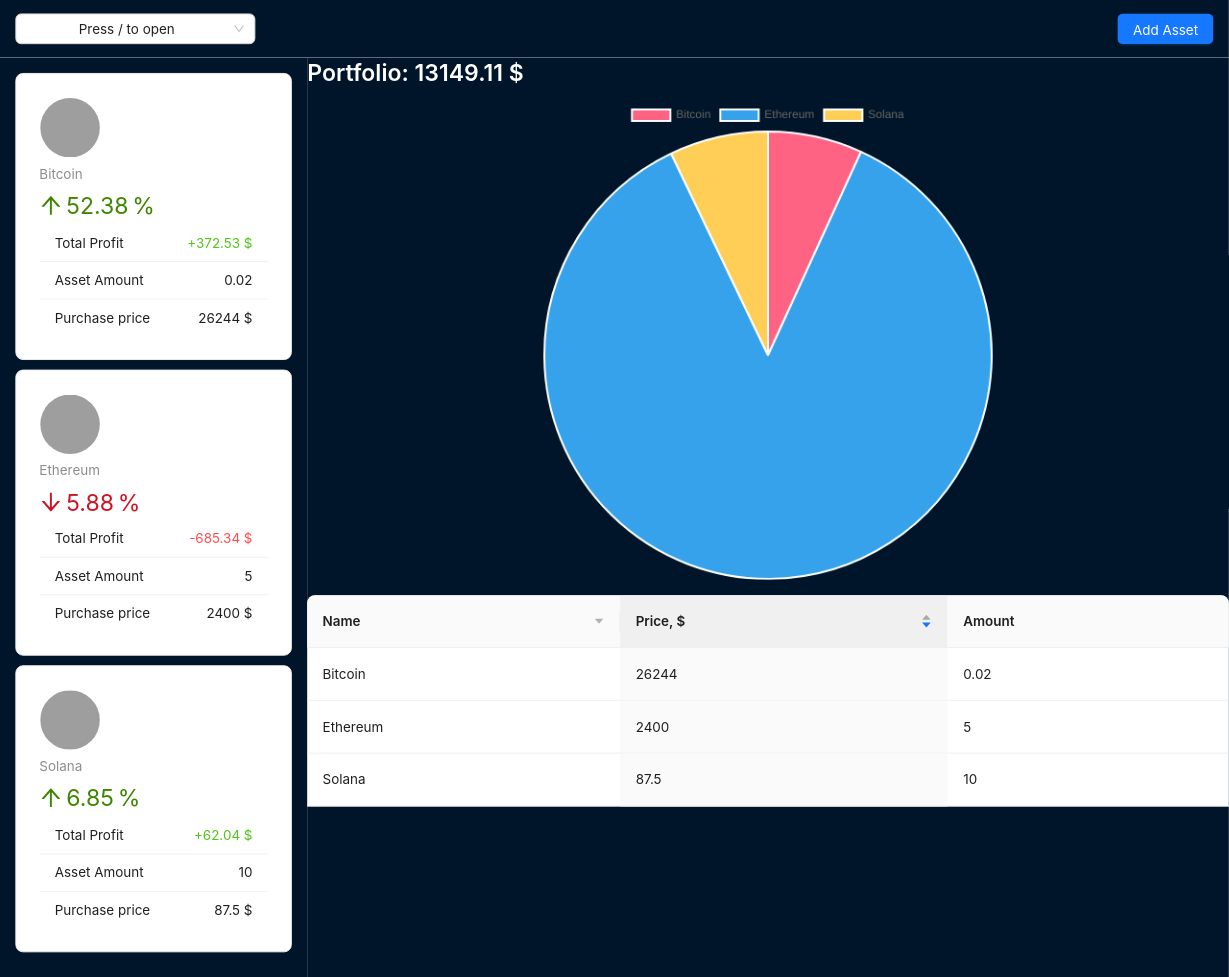
Repository: Vadia23/React-Crypto-App
Page: /
An editor plug-in stored every save of this project. The page is shown before and after the next save, followed by the edit.
The browser window is 1280 px wide. The pictures show the whole page, at 96% of full size.
Pictures or frames that could not be fetched are drawn as grey boxes. The project was rebuilt for these pictures with package versions that can differ from the ones it lists, and the page was loaded fresh each time. Also part of the build but not shown: vite.config.js, src/components/CoinInfo.jsx, src/components/CoinInfoModal.jsx, src/components/AddAssetForm.jsx, src/components/layout/AppConten.jsx.

Above is the page before, as saved 2024-02-28 17:53:40.

After the next save:
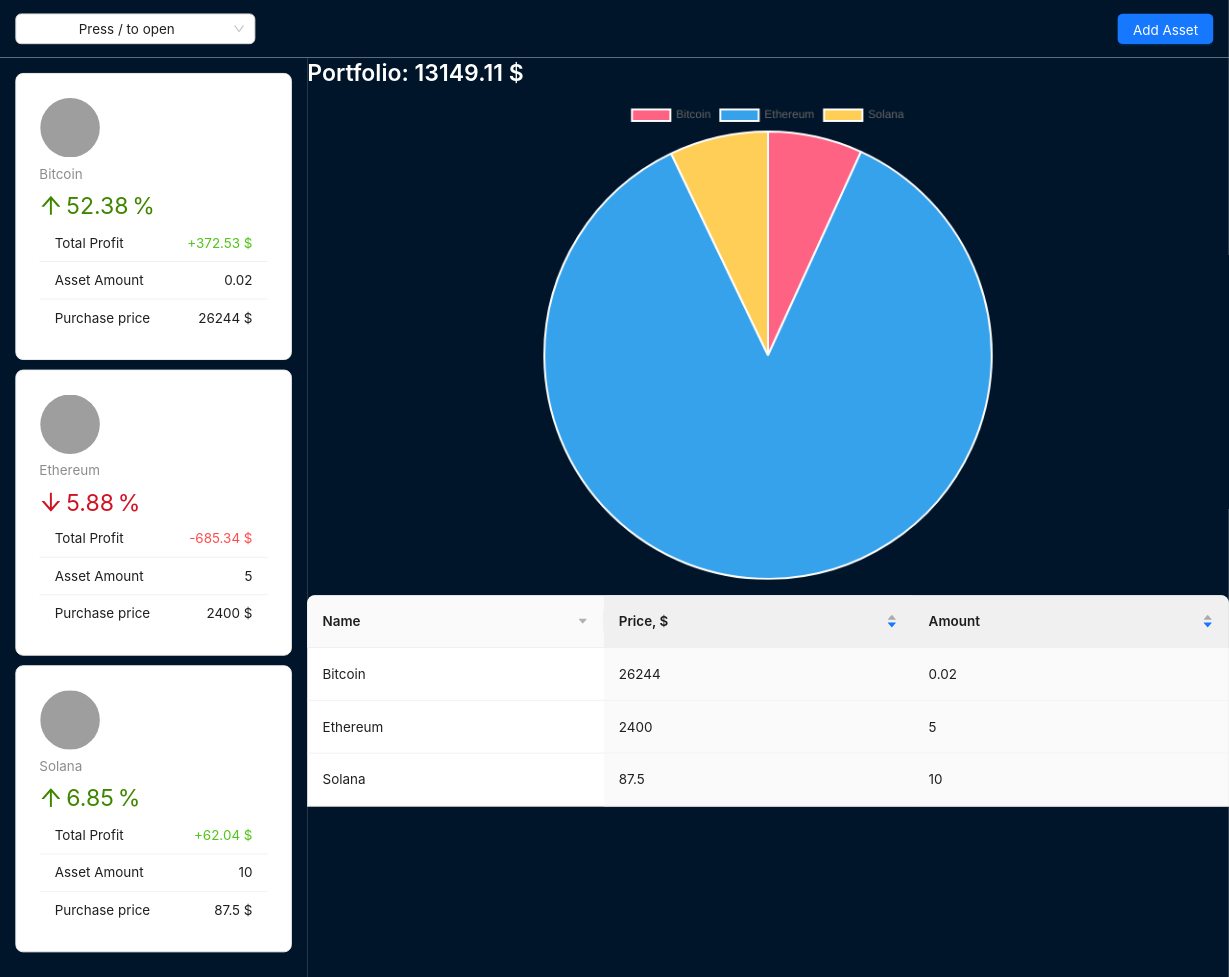
Saved 52 s later.
--- a/src/components/AssetsTable.jsx
+++ b/src/components/AssetsTable.jsx
@@ -44,7 +44,7 @@
     title: "Amount",
     dataIndex: "amount",
     defaultSortOrder: "descend",
-    onFilter: (value, record) => record.address.indexOf(value) === 0,
+    sorter: (a, b) => a.amount - b.amount,
   },
 ];
 
